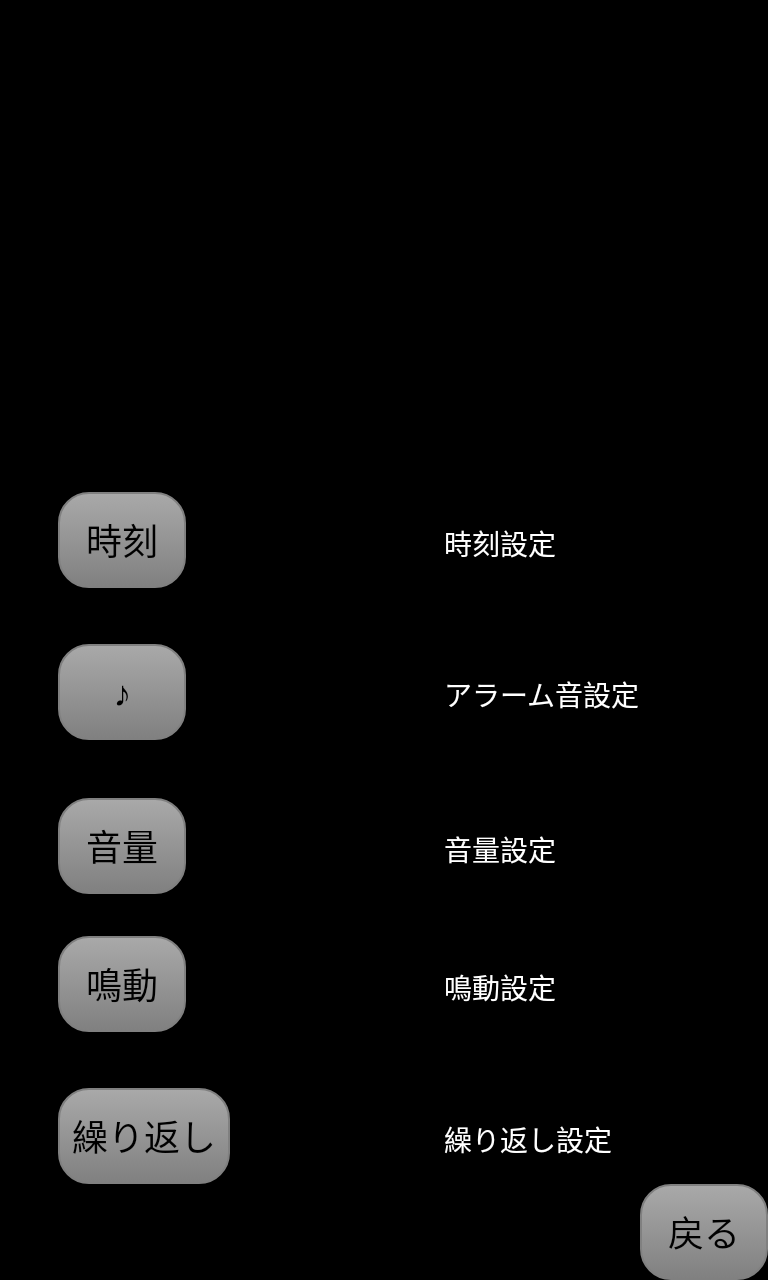
Repository: SatomiK/workspace
Layout: Alarm main/res/layout/activity_main.xml
The author's editor kept a copy of each file at every save. The layout is drawn from the files as they stood at one save, then again after the next save.
It is drawn on a 768 x 1280 px phone screen (xhdpi) without system bars, with theme AppTheme; the app's code is not run.

Above is the layout before, as saved 2013-02-06 05:54:27.

After the next save:
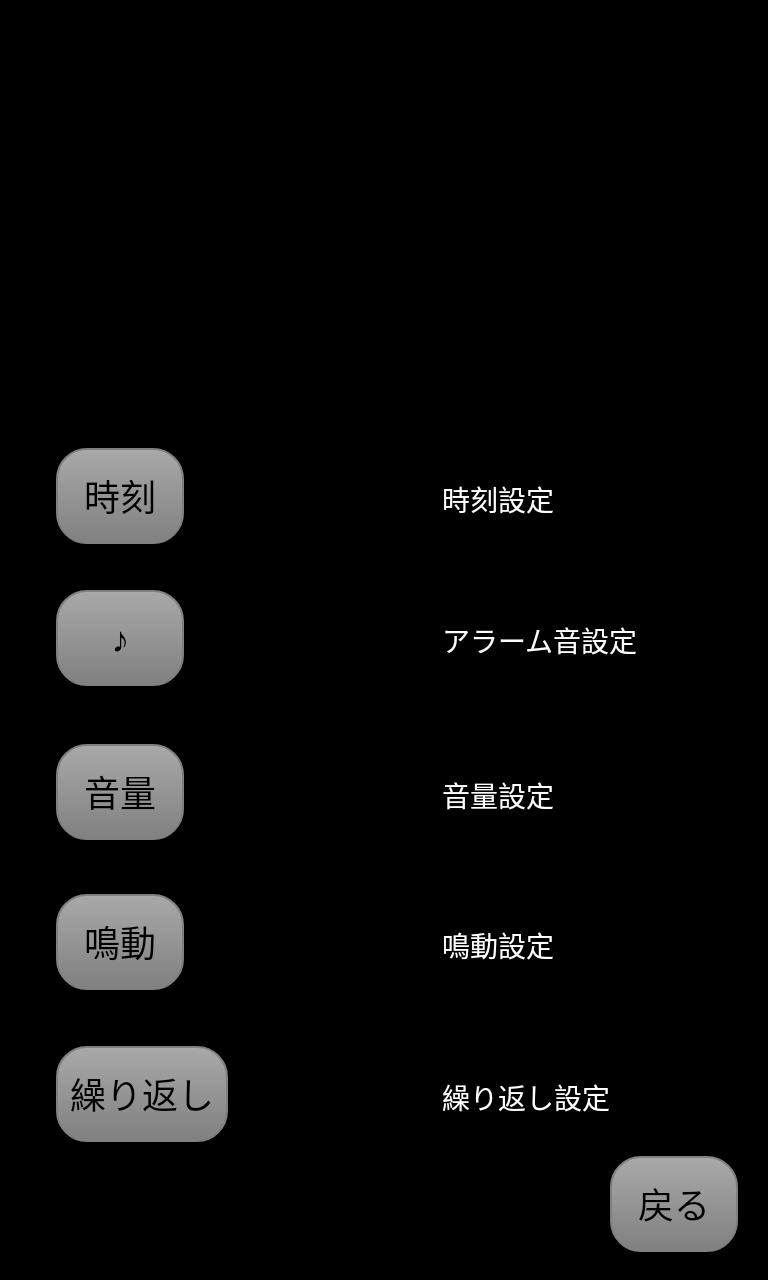
Saved 17 min 10 s later.
--- a/Alarm main/res/layout/activity_main.xml
+++ b/Alarm main/res/layout/activity_main.xml
@@ -6,26 +6,39 @@
     android:gravity="top" >
 
     <Button
+        android:id="@+id/Button04"
+        android:layout_width="wrap_content"
+        android:layout_height="wrap_content"
+        android:layout_alignParentBottom="true"
+        android:layout_alignParentLeft="true"
+        android:layout_marginBottom="69dp"
+        android:layout_marginLeft="28dp"
+        android:background="@drawable/clock_main"
+        android:text="繰り返し"
+        android:textColor="@color/black" />
+
+    <Button
         android:id="@+id/button2"
         android:layout_width="wrap_content"
         android:layout_height="wrap_content"
         android:layout_alignParentBottom="true"
         android:layout_alignParentRight="true"
+        android:layout_marginBottom="14dp"
+        android:layout_marginRight="15dp"
         android:background="@drawable/clock_main"
         android:onClick="switchActivity"
         android:text="戻る"
         android:textColor="@color/black" />
 
-    <Button
-        android:id="@+id/Button04"
+    <TextView
+        android:id="@+id/textView5"
         android:layout_width="wrap_content"
         android:layout_height="wrap_content"
-        android:layout_above="@+id/button2"
-        android:layout_alignParentLeft="true"
-        android:layout_marginLeft="29dp"
-        android:background="@drawable/clock_main"
-        android:text="繰り返し"
-        android:textColor="@color/black" />
+        android:layout_alignBaseline="@+id/Button04"
+        android:layout_alignBottom="@+id/Button04"
+        android:layout_toLeftOf="@+id/button2"
+        android:text="繰り返し設定"
+        android:textColor="@color/white" />
 
     <Button
         android:id="@+id/Button03"
@@ -44,7 +57,7 @@
         android:layout_height="wrap_content"
         android:layout_above="@+id/Button03"
         android:layout_alignLeft="@+id/Button03"
-        android:layout_marginBottom="21dp"
+        android:layout_marginBottom="27dp"
         android:background="@drawable/clock_main"
         android:text="音量"
         android:textColor="@color/black" />
@@ -60,35 +73,14 @@
         android:text="♪"
         android:textColor="@color/black" />
 
-    <Button
-        android:id="@+id/button1"
+    <TextView
+        android:id="@+id/textView1"
         android:layout_width="wrap_content"
         android:layout_height="wrap_content"
-        android:layout_above="@+id/Button01"
-        android:layout_alignLeft="@+id/Button01"
-        android:layout_marginBottom="28dp"
-        android:background="@drawable/clock_main"
-        android:text="時刻"
-        android:textColor="@color/black" />
-
-    <TextView
-        android:id="@+id/textView3"
-        android:layout_width="wrap_content"
-        android:layout_height="wrap_content"
-        android:layout_alignBaseline="@+id/Button01"
-        android:layout_alignBottom="@+id/Button01"
-        android:layout_toLeftOf="@+id/button2"
-        android:text="アラーム音設定"
-        android:textColor="@color/white" />
-
-    <TextView
-        android:id="@+id/textView5"
-        android:layout_width="wrap_content"
-        android:layout_height="wrap_content"
-        android:layout_alignBaseline="@+id/Button04"
-        android:layout_alignBottom="@+id/Button04"
-        android:layout_alignLeft="@+id/textView3"
-        android:text="繰り返し設定"
+        android:layout_alignBaseline="@+id/Button02"
+        android:layout_alignBottom="@+id/Button02"
+        android:layout_alignLeft="@+id/textView5"
+        android:text="音量設定"
         android:textColor="@color/white" />
 
     <TextView
@@ -97,19 +89,30 @@
         android:layout_height="wrap_content"
         android:layout_alignBaseline="@+id/Button03"
         android:layout_alignBottom="@+id/Button03"
-        android:layout_alignLeft="@+id/textView5"
+        android:layout_alignLeft="@+id/textView1"
         android:text="鳴動設定"
         android:textColor="@color/white" />
 
     <TextView
-        android:id="@+id/textView1"
+        android:id="@+id/textView3"
         android:layout_width="wrap_content"
         android:layout_height="wrap_content"
-        android:layout_alignBaseline="@+id/Button02"
-        android:layout_alignBottom="@+id/Button02"
-        android:layout_alignLeft="@+id/textView4"
-        android:text="音量設定"
+        android:layout_alignBaseline="@+id/Button01"
+        android:layout_alignBottom="@+id/Button01"
+        android:layout_alignLeft="@+id/textView1"
+        android:text="アラーム音設定"
         android:textColor="@color/white" />
+
+    <Button
+        android:id="@+id/button1"
+        android:layout_width="wrap_content"
+        android:layout_height="wrap_content"
+        android:layout_above="@+id/Button01"
+        android:layout_alignLeft="@+id/Button01"
+        android:layout_marginBottom="23dp"
+        android:background="@drawable/clock_main"
+        android:text="時刻"
+        android:textColor="@color/black"/>
 
     <TextView
         android:id="@+id/textView2"
